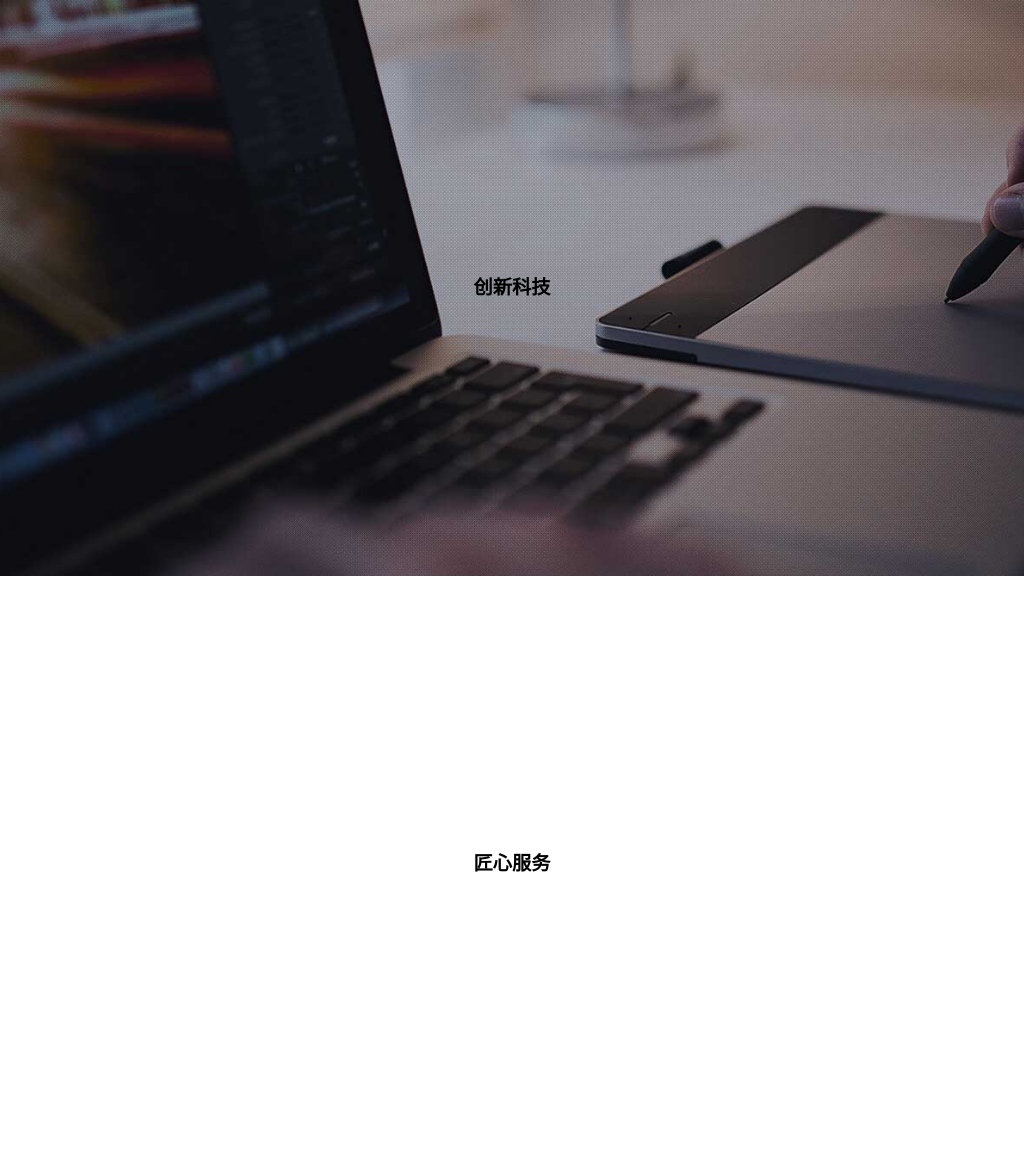
Repository: Burgess-zyl/project
Page: index.html
The author's editor kept a copy of each file at every save. The page is drawn from the files as they stood at one save, then again after the next save.
The browser window is 1280 px wide. The pictures show the whole page, at 80% of full size.
Backgrounds fixed to the window are drawn as part of the page.

Above is the page before, as saved 2018-08-13 16:55:08.

### index.html
<!DOCTYPE html>
<html lang="en">
<head>
    <meta charset="UTF-8">
    <meta name="viewport" content="width=device-width, initial-scale=1.0">
    <meta http-equiv="X-UA-Compatible" content="ie=edge">
    <title>视差滚动</title>
    <style>
        * {
            padding: 0px;
            margin: 0px;
            box-sizing: border-box;
        }
        .c {
            position: absolute;
            top: 0;
            right: 0;
            bottom: 0;
            left: 0;
            margin: auto;
        }
        .c .one {
            width: 50%;
            font-size: 70px;
            border: 1px solid red;
        }
        .b-img {
            height: 100vh;
            background-image: url('./img/banner1.jpg');
            background-size:cover;
            background-position: 50% 50%;
            background-attachment: fixed;
            line-height: 100vh;
            text-align: center;
        }
    </style>
</head>
<body>
    <section class="b-img">
        <div class="c one">
            <h1>创新科技</h1>
            <h1>匠心服务</h1>
        </div>
    </section>
</body>
</html>

After the next save:
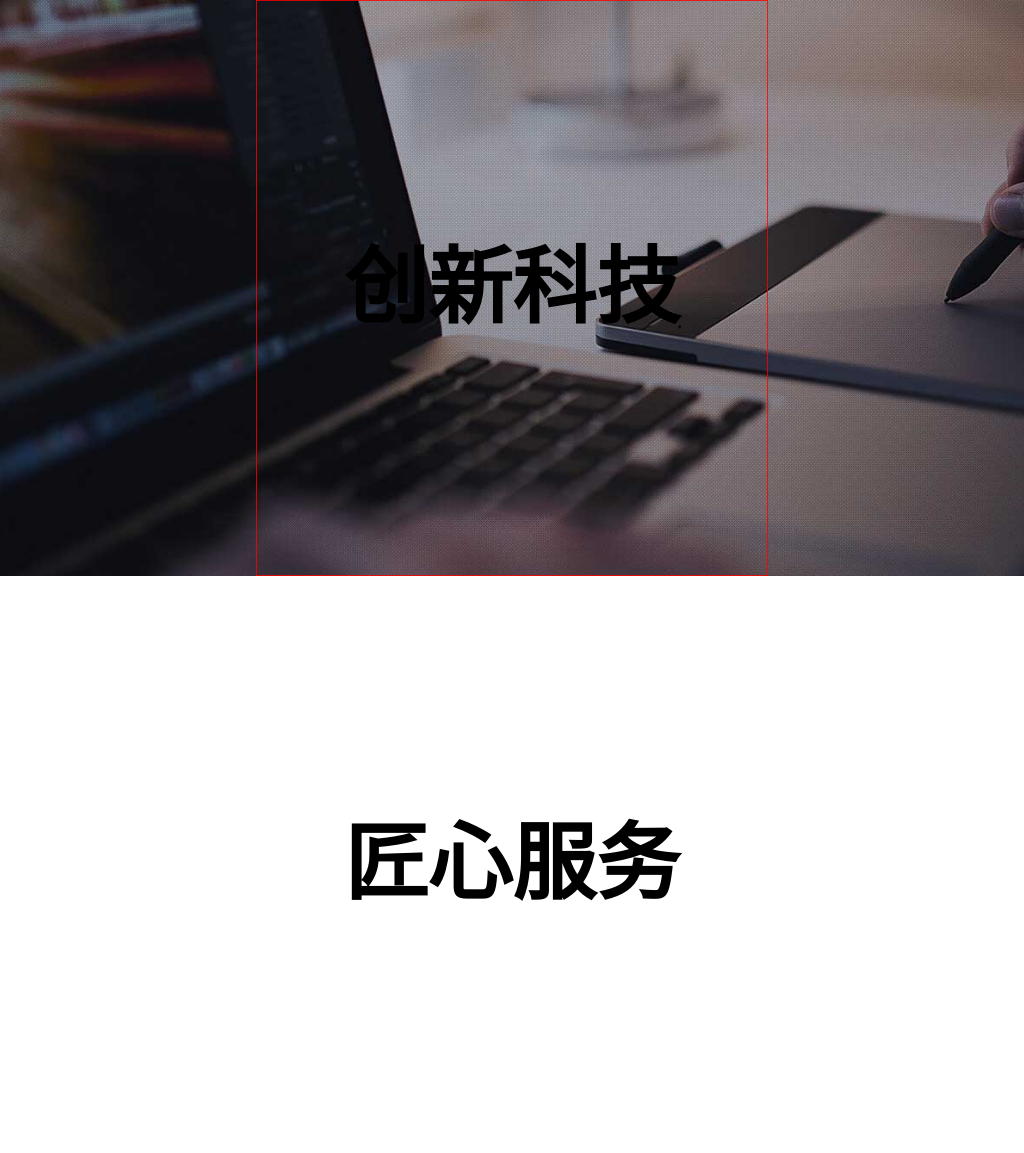
Saved 20 s later.
--- a/index.html
+++ b/index.html
@@ -19,7 +19,7 @@
             left: 0;
             margin: auto;
         }
-        .c .one {
+        .c.one {
             width: 50%;
             font-size: 70px;
             border: 1px solid red;
